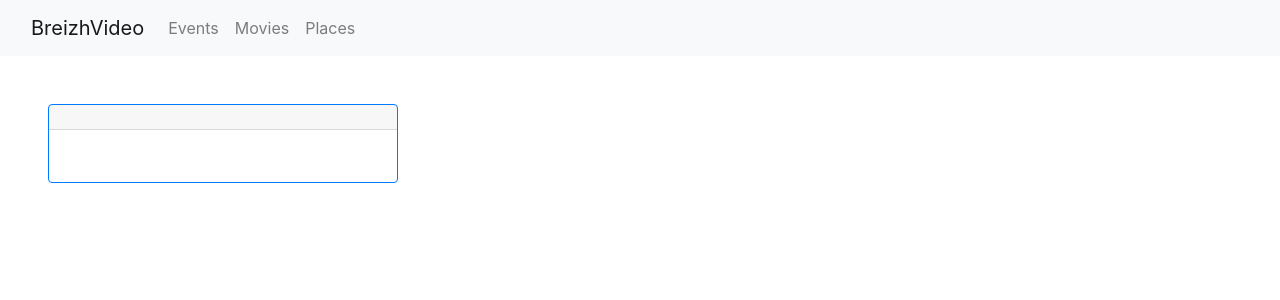
Repository: romgrm/Hackaton_BreizhVideo_FRONT
Page: /Movies
An editor plug-in stored every save of this project. The page is shown before and after the next save, followed by the edit.
The browser window is 1280 px wide. The pictures show the whole page.
The page's requests for data from a server got no answer. The project was rebuilt for these pictures with package versions that can differ from the ones it lists, and the page was loaded fresh each time. No one was signed in, and anything a server would have sent is missing. Also part of the build but not shown: src/Components/Events.js, src/Components/Village.js.

Above is the page before, as saved 2020-12-21 16:15:02.

After the next save:
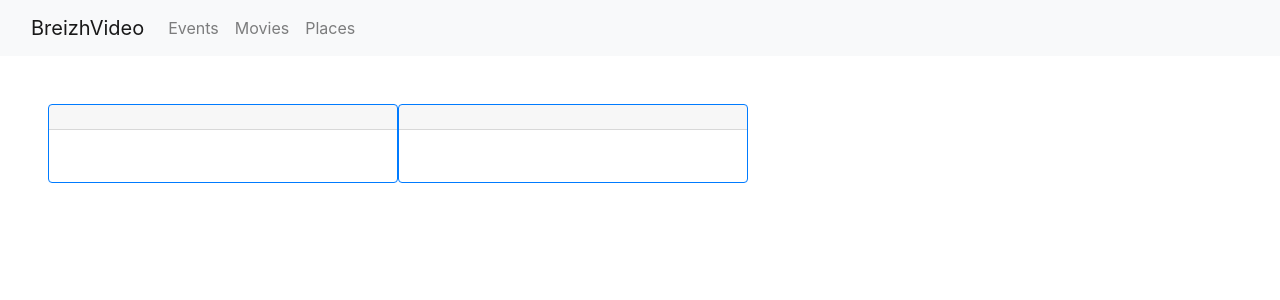
Saved 23 s later.
--- a/src/Components/Films.js
+++ b/src/Components/Films.js
@@ -35,6 +35,19 @@ export default function Films() {
                     ))}</p>
                 </div>
             </div>
+            <div class="card border-primary mb-3" style={{width: 350}}>
+                <div class="card-header">{film.map((current) => (
+                    current.title
+                    ))}</div>
+                <div class="card-body text-primary">
+                    <p class="card-title">{film.map((current ,index) => (
+                    current.releaseYear
+                    ))}</p>
+                    <p class="card-text">{film.map((current) => (
+                    current.description
+                    ))}</p>
+                </div>
+            </div>
             </div>
     )
 }
